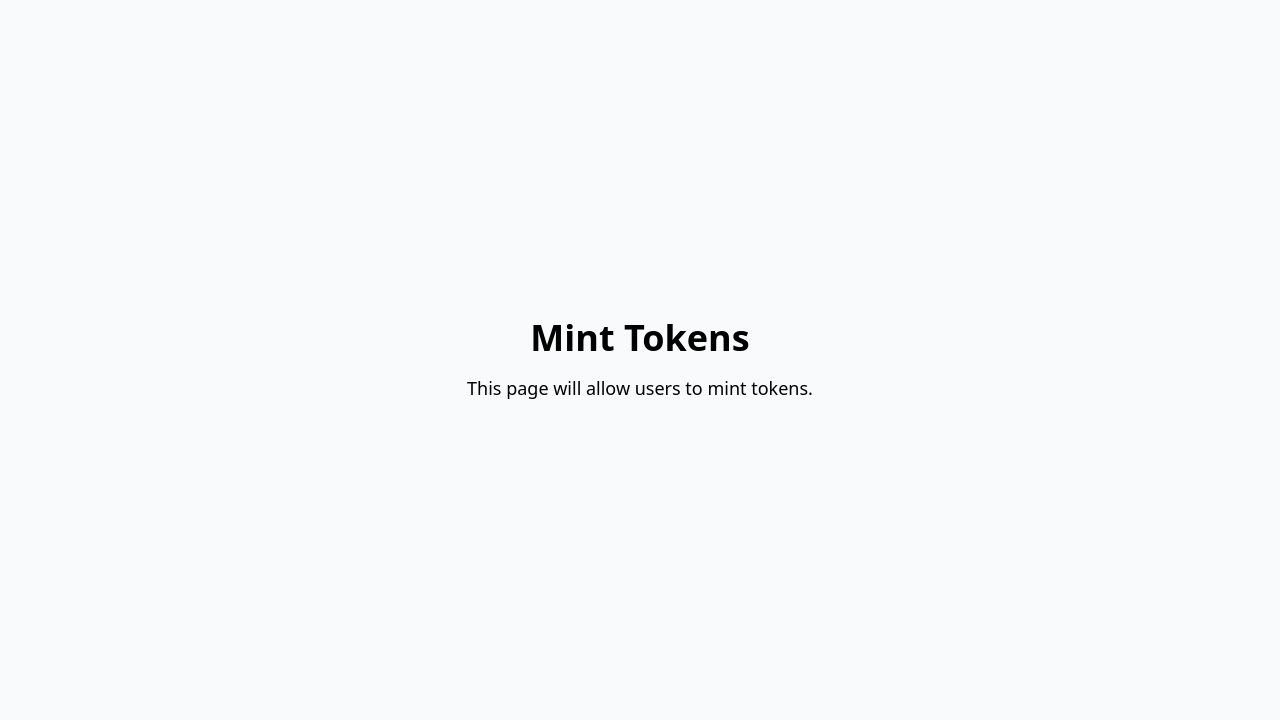
Repository: gloriousnetworker/project-osaa
Page: /mint
An editor plug-in stored every save of this project. The page is shown before and after the next save, followed by the edit.
The browser window is 1280 px wide. The pictures show the whole page.
The project was rebuilt for these pictures with package versions that can differ from the ones it lists, and the page was loaded fresh each time. Also part of the build but not shown: vite.config.js, src/pages/Home.jsx, src/pages/Transfer.jsx, src/pages/Balance.jsx.

Above is the page before, as saved 2025-01-18 07:31:06.

After the next save:
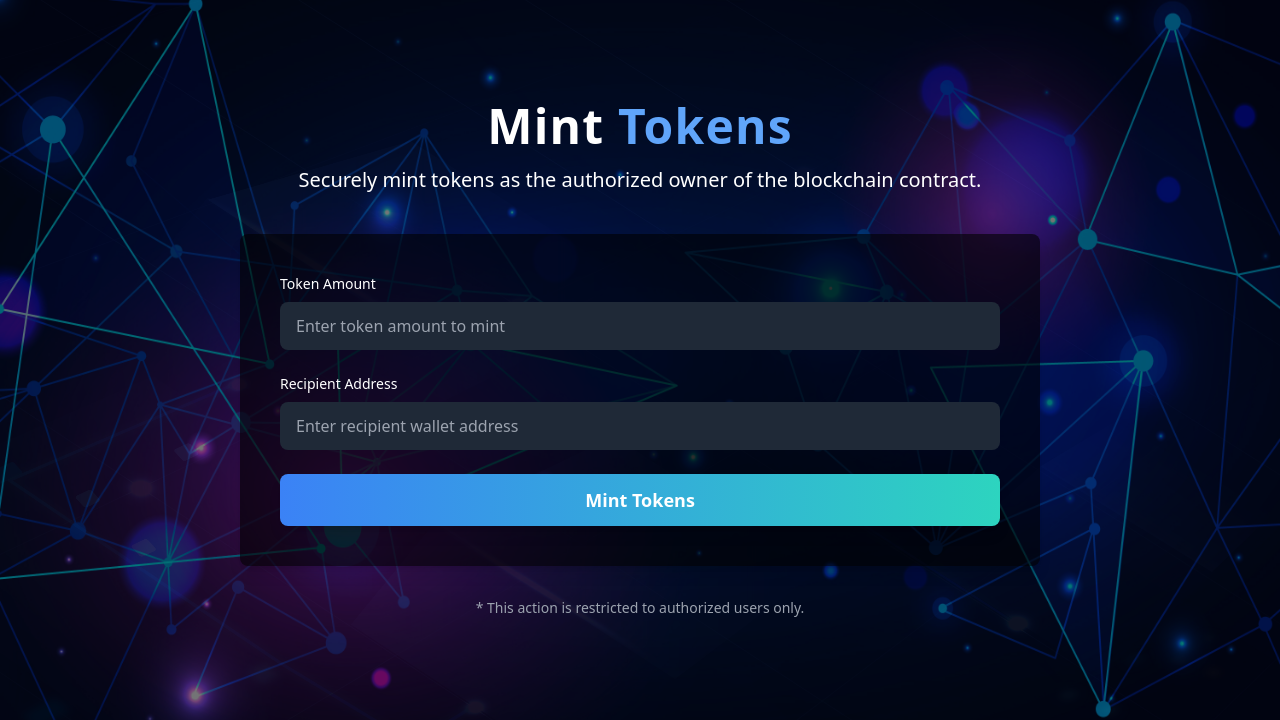
Saved 5 min 27 s later.
--- a/src/pages/Mint.jsx
+++ b/src/pages/Mint.jsx
@@ -1,12 +1,69 @@
-import React from 'react';
+import React from "react";
 
-const Mint = () => {
+const MintTokens = () => {
   return (
-    <div className="min-h-screen flex flex-col items-center justify-center bg-gray-50">
-      <h1 className="text-4xl font-bold">Mint Tokens</h1>
-      <p className="mt-4 text-lg">This page will allow users to mint tokens.</p>
+    <div className="min-h-screen flex flex-col items-center justify-center bg-animation relative">
+      {/* Overlay for readability */}
+      <div className="absolute top-0 left-0 w-full h-full bg-black bg-opacity-50 -z-5"></div>
+
+      {/* Content Section */}
+      <div className="z-10 text-center text-white px-6 lg:px-12 max-w-4xl w-full">
+        {/* Page Header */}
+        <h1 className="text-4xl lg:text-5xl font-bold tracking-wide mb-4">
+          Mint <span className="text-blue-400">Tokens</span>
+        </h1>
+        <p className="text-lg lg:text-xl font-medium mb-10">
+          Securely mint tokens as the authorized owner of the blockchain contract.
+        </p>
+
+        {/* Mint Form */}
+        <form className="bg-black bg-opacity-60 p-6 lg:p-10 rounded-lg shadow-lg">
+          {/* Token Amount */}
+          <div className="mb-6">
+            <label htmlFor="amount" className="block text-left text-sm font-medium mb-2">
+              Token Amount
+            </label>
+            <input
+              type="number"
+              id="amount"
+              name="amount"
+              className="w-full py-3 px-4 rounded-lg bg-gray-800 text-white focus:ring-2 focus:ring-blue-500 outline-none"
+              placeholder="Enter token amount to mint"
+              required
+            />
+          </div>
+
+          {/* Recipient Address */}
+          <div className="mb-6">
+            <label htmlFor="recipient" className="block text-left text-sm font-medium mb-2">
+              Recipient Address
+            </label>
+            <input
+              type="text"
+              id="recipient"
+              name="recipient"
+              className="w-full py-3 px-4 rounded-lg bg-gray-800 text-white focus:ring-2 focus:ring-blue-500 outline-none"
+              placeholder="Enter recipient wallet address"
+              required
+            />
+          </div>
+
+          {/* Submit Button */}
+          <button
+            type="submit"
+            className="w-full py-3 bg-gradient-to-r from-blue-500 to-teal-400 hover:from-teal-400 hover:to-blue-500 text-white rounded-lg text-lg font-semibold shadow-lg hover:shadow-xl transition-all"
+          >
+            Mint Tokens
+          </button>
+        </form>
+
+        {/* Notes Section */}
+        <p className="mt-8 text-sm text-gray-400">
+          * This action is restricted to authorized users only.
+        </p>
+      </div>
     </div>
   );
 };
 
-export default Mint;
+export default MintTokens;
